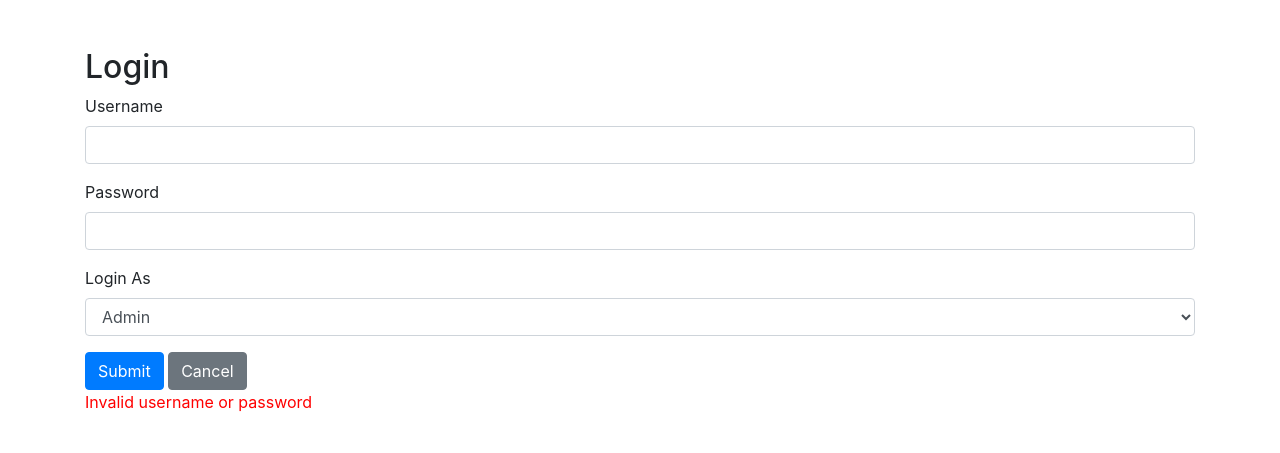
Repository: SuyashAwasthy/Javaee
Page: http://localhost/13-bank-application-mvc/login.jsp
These files come from the project's save history. The page is drawn as it stood at one moment and after the next save; the edit follows.
The browser window is 1280 px wide. The pictures show the whole page.
The page is served by Tomcat 9.

Above is the page before, as saved 2024-07-22 10:51:48.

After the next save:
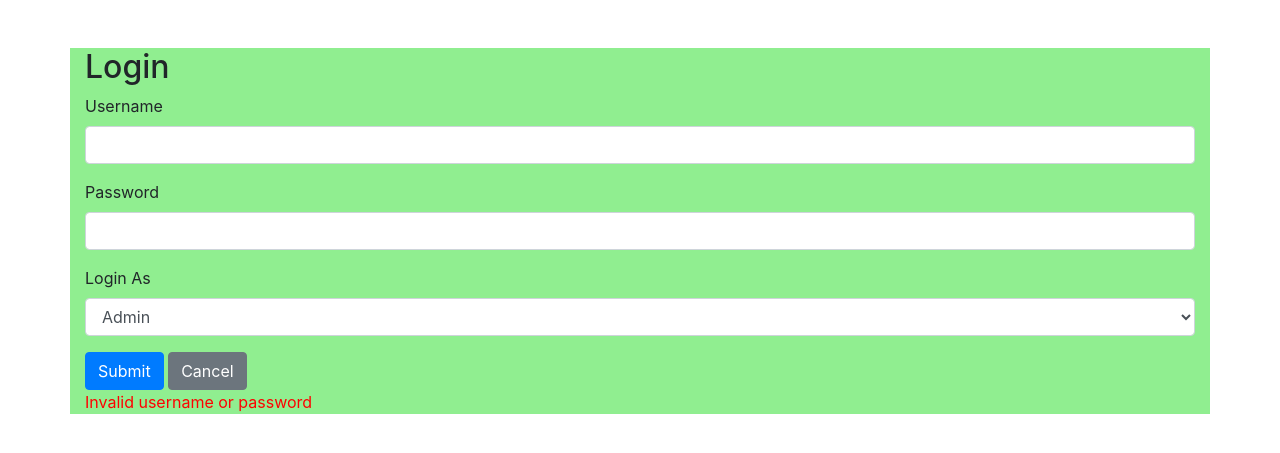
Saved 11 s later.
--- a/13-bank-application-mvc/WebContent/login.jsp
+++ b/13-bank-application-mvc/WebContent/login.jsp
@@ -4,7 +4,7 @@
 <html>
 <head>
 <title>Login</title>
-<link rel="stylesheet" style="css/styles.css">
+<link rel="stylesheet" href="css/styles.css">
 <link rel="stylesheet"
 	href="https://maxcdn.bootstrapcdn.com/bootstrap/4.0.0/css/bootstrap.min.css">
 </head>
